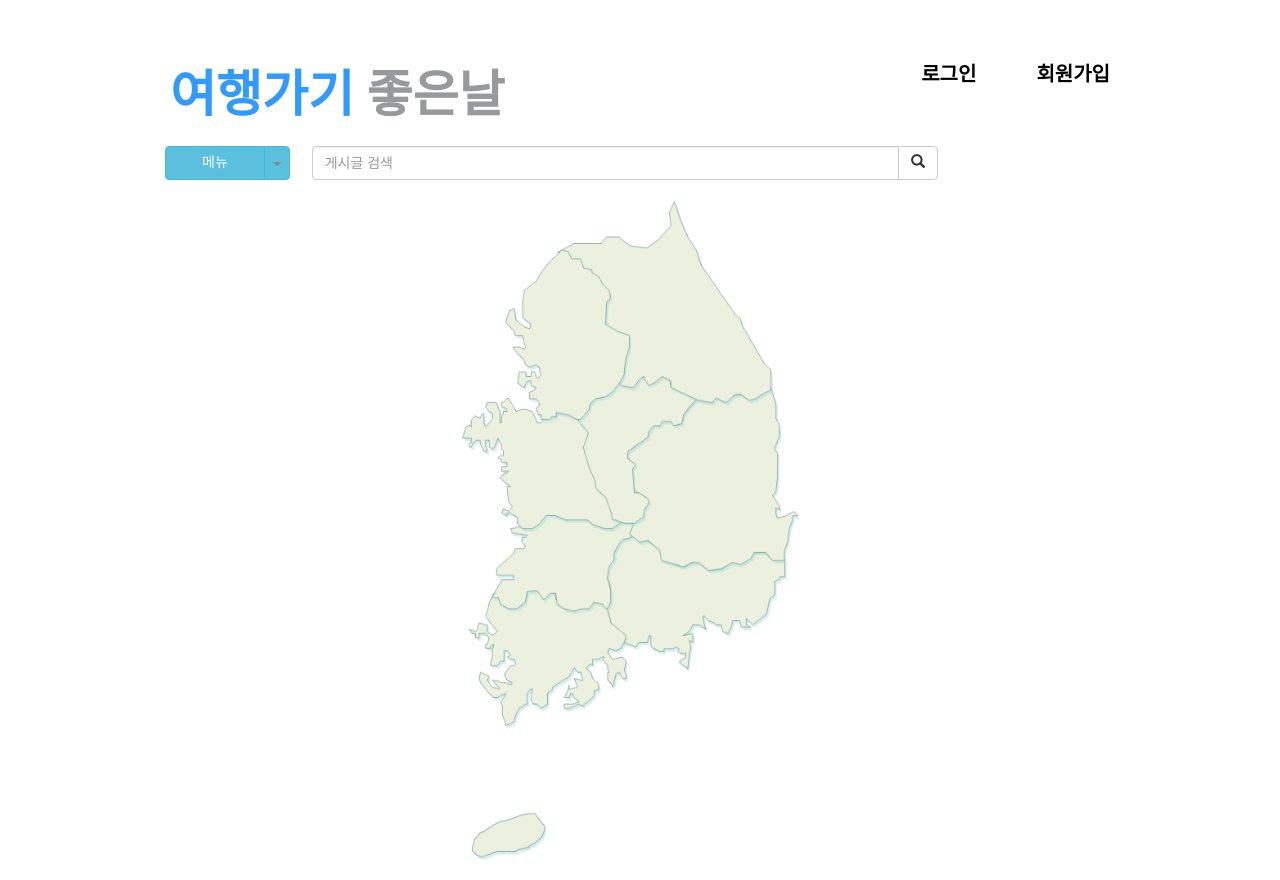
Repository: Hotmintchoco/teamProject1
Page: http://localhost/tripProject/mypage.jsp
These files come from the project's save history. The page is drawn as it stood at one moment and after a run of saves; the edit follows.
The browser window is 1280 px wide. The pictures show the whole page.
Some web fonts or font styles are not loaded; a fallback is used. The page is served by Tomcat 9. Nobody is signed in. The application's start-up code is not run. Other server files are loaded and not shown.

Above is the page before, as saved 2022-07-02 11:51:16.

### tripProject/src/main/webapp/mypage.jsp
<%@ page language="java" contentType="text/html; charset=UTF-8"
    pageEncoding="UTF-8"%>
<!DOCTYPE html>
<html>
<head>
<meta charset="UTF-8">
    <meta name="viewport" content="width=device-width, initial-scale=1.0">
    <title>여행가기 좋은날</title>
    <link rel="preconnect" href="https://fonts.googleapis.com">
	<link rel="preconnect" href="https://fonts.gstatic.com" crossorigin>
	<link href="https://fonts.googleapis.com/css2?family=Gugi&display=swap" rel="stylesheet">
    <link rel="stylesheet" href="fontawesome/css/all.min.css"> <!-- https://fontawesome.com/ -->
    <link rel="stylesheet" href="css/magnific-popup.css">
    <link rel="stylesheet" href="css/templatemo-ocean-vibes.css">
    <link rel="stylesheet" href="https://maxcdn.bootstrapcdn.com/bootstrap/3.4.1/css/bootstrap.min.css">
    <script src="https://ajax.googleapis.com/ajax/libs/jquery/3.6.0/jquery.min.js"></script>
  	<script src="https://maxcdn.bootstrapcdn.com/bootstrap/3.4.1/js/bootstrap.min.js"></script>

    <style>
    	* {font-family: 'Gugi', cursive}
        ul,ol.li {list-style: none; margin: 0; padding: 0;}
        nav {width: 1000px; height: 50px; margin:0 auto;}
	    nav > ul > li > a {float: right; color: black; font-size: 20px;
            text-decoration: none; margin: 0px 30px 0 30px;
            font-weight: bold;}
        #slider {width: 1000px; height: 700px; margin: 0 auto;}
        #slider > img {margin-left: 250px;}
        .tm-mt-0 {float: left; font-size: 50px;}
        #menubar {width: 1000px; margin: 0 auto;}
    </style>
</head>
<body>
    <header class="tm-site-header">
        <div>
            <nav>
                <ul>
                    <li><a href="#">회원가입</a></li>
                    <li><a href="#">로그인</a></li>
                    <li><a href="mypage.jsp" class="tm-mt-0 tm-mb-15"><span class="tm-color-primary">여행가기</span> <span class="tm-color-gray-2">좋은날</span></a></li>
                </ul>
            </nav>
        </div>
    </header>
    <div id="menubar">
		<table style="width: 100%;">
			<tbody>
				<tr style="width: 100%;">
					<td style="width: 17%;">
						<div class="btn-group" style="margin-left: 25px;">
							<button type="button" class="btn btn-info" style="width:100px;">메뉴</button>
							<button type="button" class="btn btn-info dropdown-toggle"
								data-toggle="dropdown">
								<span class="caret"></span>
							</button>
							<ul class="dropdown-menu" role="menu">
								<li><a href="#">코스</a></li>
								<li><a href="#">축제</a></li>
								<li><a href="#">이벤트</a></li>
							</ul>
						</div>
					</td>
					<td style="width: 62%;">
					<form action="memberForm.jsp">
						<div class="input-group">
							<input type="text" class="form-control" name="search"
								placeholder="게시글 검색">
							<div class="input-group-btn">
								<button class="btn btn-default" type="submit">
									<i class="glyphicon glyphicon-search"></i>
								</button>
							</div>
						</div>
					</form>
					</td>
					<td style="width: 20%;"></td>
				</tr>
			</tbody>
		</table>
    </div>

	<div id="slider">
        <img src="img/koreaMap2.png" alt="Map" width="450px" height="700px">
    </div>

    <script src="js/jquery-3.4.1.min.js"></script>
    <script src="js/imagesloaded.pkgd.min.js"></script>
    <script src="js/isotope.pkgd.min.js"></script>
    <script src="js/jquery.magnific-popup.min.js"></script>
    <script src="js/templatemo-script.js"></script>
</body>
</html>

### tripProject/src/main/webapp/css/templatemo-ocean-vibes.css
/*

TemplateMo 554 Ocean Vibes

https://templatemo.com/tm-554-ocean-vibes

*/

html { overflow-x: hidden; }

body {
    font-family: 'Source Sans Pro', sans-serif;
    font-size: 19px;
    line-height: 1.8em;
    overflow-x: hidden;
}

p, span, em, a, address { color: #848586; }
h2, p {
    margin-top: 0;
}

a:hover, a.active { color: #309AFD; }

.tm-btn {
    padding: 10px 40px;
    color: white;
    background-color: #3299CD;
    display: inline-block;
    border: none;
    cursor: pointer;
    font-size: 1.2rem;
    transition: all 0.3s ease;
}

button.tm-btn {
    padding: 15px 40px;
}

.tm-btn:hover {
    color: white;
    background-color: #49b4e9;
}

h1 { font-size: 3rem; }
em { display: block; }
div { box-sizing: border-box;}
.tm-mt-35 { margin-top: 35px; }
.tm-mb-0 { margin-bottom: 0; }
.tm-mb-15 { margin-bottom: 15px; }
.tm-mb-30 { margin-bottom: 30px; }
.tm-mb-40 { margin-bottom: 40px; }
.tm-mb-50 { margin-bottom: 50px; }
.tm-mb-80 { margin-bottom: 80px; }
.tm-text-center { text-align: center; }
.tm-text-right { text-align: right; }
.tm-color-primary { color: #309AFD; }
.tm-color-gray { color: #666768; }
.tm-color-gray-2 { color: #98999A; }
.tm-color-light-gray { color: #9E9FA0; }
.tm-bg-white { background-color: #FFF; }
.tm-bg-gray { background-color: #F1F2F3; }
blockquote { margin: 0 0 30px 10px; }
img { max-width: 100%; }
.tm-page-title { font-size: 30px; }

body, ul {
    margin: 0;
    padding: 0;
}

a {
    text-decoration: none;
    transition: all 0.3s ease;
}

.tm-mt-0 { margin-top: 0; }

.tm-site-header {
    padding: 60px 70px 30px;
}

.tm-tagline {
    font-size: 1.5rem;
    margin-left: 130px;
}

#tm-video-container {
    max-height: 400px;
    overflow: hidden;
    background-color: #333;
    margin-bottom: 90px;
    position: relative;
}

#tm-video {
    width: 100%;
    height: auto;
}

#tm-video-control-button {
    position: absolute;
    bottom: 20px;
    right: 20px;
    z-index: 1000;
    color: #e1e1e1;
}

.tm-nav-item {
    list-style: none;
    margin: 22px;
}

.tm-nav-link {
    display: flex;
    align-items: center;
    flex-direction: column;
    width: 200px;
    height: 200px;
    padding: 30px;
    border: 1px solid #D2D3D4;
    color: #999;
    box-sizing: border-box;
}

.tm-nav-link:hover,
.tm-nav-link.active {
    color: #309AFD;
}

.tm-nav-link i {
    margin-top: 30px;
    color: #309AFD;
}

.tm-main-nav ul {
    display: flex;
    flex-wrap: wrap;
    margin-left: auto;
    margin-right: auto;
}

.tm-container {
    max-width: 1254px;
    padding-left: 15px;
    padding-right: 15px;
    margin: 0 auto 135px;
}

.tm-footer {
    display: flex;
    justify-content: space-between;
    padding: 25px;
    font-size: 0.9em;
}

.tm-close-popup {
    text-align: right;
    display: block;
}

.tm-close-popup i {
    margin-left: 10px;
    margin-right: 10px;
}

.tm-row {
    display: flex;
}

.tm-col-6 {
    flex: 0 0 50%;
}

.tm-intro-pad {
    padding: 40px 55px 50px;
}

.tm-intro-col-l {
    margin-right: 40px;
}

/* text-based popup styling */
.popup {
    position: relative;
    padding: 12px 10px 35px;
    width:auto;
    max-width: 1200px;
    margin: 0 auto;
}

/*

====== Move-from-top effect ======

*/
.mfp-move-from-top .mfp-with-anim {
    opacity: 0;
    transition: all 0.2s;
    transform: translateY(-100px);
}
.mfp-move-from-top.mfp-bg {
    opacity: 0;
    transition: all 0.2s;
}
.mfp-move-from-top.mfp-ready .mfp-with-anim {
    opacity: 1;
    transform: translateY(0);
}
.mfp-move-from-top.mfp-ready.mfp-bg {
    opacity: 0.8;
}
.mfp-move-from-top.mfp-removing .mfp-with-anim {
    transform: translateY(-50px);
    opacity: 0;
}
.mfp-move-from-top.mfp-removing.mfp-bg {
    opacity: 0;
}

button.mfp-arrow {
    display: none;
}

/* Intro */
.tm-intro-img {
    max-width: 300px;
    max-height: 600px;
}

/* Gallery */
.tm-gallery {
    flex: 0 0 68%;
    margin: 0 20px;
}

.tm-gallery-container {
    position: relative;
    max-width: 800px;
    margin: 0 -10px;
	list-style: none;
    text-align: center;
}

.tm-paging {
    overflow: auto;
    margin-top: 25px;
}

.tm-paging li {
    list-style: none;
}

.tm-paging-link {
    display: flex;
    float: left;
    width: 40px;
    height: 40px;
    align-items: center;
    justify-content: center;
    background: white;
    color: #999;
    margin-right: 15px;
    margin-bottom: 15px;
}

a.tm-paging-link.active,
a.tm-paging-link:hover {
    background: #309AFD;
    color: white;
}

.tm-gallery-right {
    flex: 0 0 26%;
    margin-left: 15px;
}

.tm-gallery-links {
    margin-left: 35px;
    margin-bottom: 55px;
}

.tm-gallery-links li {
    list-style: none;
    margin-bottom: 20px;
}

.tm-gallery-link-icon {
    display: inline-block;
    width: 30px;
}

.tm-gallery-item {
    overflow: hidden;
    margin: 15px 10px;
    min-width: 180px;
    max-width: 180px;
    max-height: 240px;
    width: 25%;
    background: #3085a3;
    text-align: center;
    cursor: pointer;
}

.tm-gallery-container figure img {
    position: relative;
    display: block;
    min-height: 100%;
    max-width: 100%;
    opacity: 0.9;
}

.tm-gallery-container figure figcaption {
	padding: 2em;
	color: #fff;
	text-transform: uppercase;
	font-size: 1.25em;
	-webkit-backface-visibility: hidden;
	backface-visibility: hidden;
}

.tm-gallery-container figure figcaption::before,
.tm-gallery-container figure figcaption::after {
	pointer-events: none;
}

.tm-gallery-container figure figcaption,
.tm-gallery-container figure figcaption > a {
	position: absolute;
	top: 0;
	left: 0;
	width: 100%;
	height: 100%;
}

/* Anchor will cover the whole item by default */
/* For some effects it will show as a button */
.tm-gallery-container figure h2 {
	word-spacing: -0.15em;
	font-weight: 300;
}

.tm-gallery-container figure h2 span {
	font-weight: 800;
}

.tm-gallery-container figure h2,
.tm-gallery-container figure p {
	margin: 0;
}

.tm-gallery-container figure p {
	letter-spacing: 1px;
	font-size: 68.5%;
}

/*---------------*/
/***** Chico *****/
/*---------------*/

figure.effect-chico img {
	-webkit-transition: opacity 0.35s, -webkit-transform 0.35s;
	transition: opacity 0.35s, transform 0.35s;
	-webkit-transform: scale(1.12);
	transform: scale(1.12);
}

figure.effect-chico:hover img {
	opacity: 0.5;
	-webkit-transform: scale(1);
	transform: scale(1);
}

figure.effect-chico figcaption {
    padding: 1em;
    box-sizing: border-box;
    display: flex;
    align-items: center;
}

figure.effect-chico figcaption::before {
	position: absolute;
	top: 15px;
	right: 15px;
	bottom: 15px;
	left: 15px;
	border: 1px solid #fff;
	content: '';
	-webkit-transform: scale(1.1);
	transform: scale(1.1);
}

figure.effect-chico figcaption::before,
figure.effect-chico p {
	opacity: 0;
	-webkit-transition: opacity 0.35s, -webkit-transform 0.35s;
	transition: opacity 0.35s, transform 0.35s;
}

figure.effect-chico h2 {
	padding: 20% 0 20px 0;
}

figure.effect-chico p {
    color: white;
	margin: 0 auto;
	max-width: 200px;
	-webkit-transform: scale(1.5);
	transform: scale(1.5);
}

figure.effect-chico:hover figcaption::before,
figure.effect-chico:hover p {
	opacity: 1;
	-webkit-transform: scale(1);
	transform: scale(1);
}

/* Testimonials */
.tm-testimonials-inner {
    padding: 0 20px 30px;
}

.tm-testimonial-col {
    flex: 0 0 33.3334%;
    padding-left: 20px;
    padding-right: 20px;
}

/* About */
.mapouter{
    position:relative;
    height:250px;
    width:100%;
}

.gmap_canvas {
    overflow:hidden;
    background:none!important;
    height:250px;
    width:100%;
}
.tm-contact-row {
    max-width: 1045px;
}
.tm-about-col {
    margin-left: 40px;
    margin-right: 40px;
    max-width: 500px;
}

/* Contact */
#contact {
    padding-bottom: 65px;
}
.tm-contact-col {
    flex: 0 0 50%;
    padding-left: 40px;
}

.tm-contact-col-r {
    padding-left: 0;
    padding-right: 30px;
}

.tm-contact-form {
    max-width: 350px;
    margin-left: 40px;
    margin-right: 40px;
}

.form-control {
    font-family: 'Source Sans Pro', sans-serif;
    font-size: 1.2rem;
    border: 1px solid #D5D6D7;
    box-sizing: border-box;
    padding: 15px;
    width: 100%;
}

.form-group {
    margin-bottom: 25px;
}

select:not([multiple]) {
    -webkit-appearance: none;
    -moz-appearance: none;
    background-position: right 15px center;
    background-repeat: no-repeat;
    background-image: url(../img/select-arrow.png);
    padding: 14px 20px;
    padding-right: 20px;
    color: #666;
}

.tm-contact-links li {
    list-style: none;
    margin-bottom: 10px;
}

.tm-contact-link-icon {
    margin-right: 15px;
}

address {
    font-style: normal;
}

@media (max-width: 850px) {
    .tm-contact-row {
        flex-direction: column;
    }

    .tm-contact-col {
        flex: 0 0 100%;
        max-width: 100%;
        padding-left: 30px;
        padding-right: 30px;
    }

    .tm-contact-form {
        max-width: 100%;
        margin-left: 0;
        margin-right: 0;
        margin-bottom: 50px;
    }
}

@media (max-width: 700px) {
    .tm-about-row {
        flex-direction: column;
    }
    .tm-about-col {
        flex: 0 0 100%;
    }
}

@media (max-width: 1264px) {
    .tm-main-nav ul {
        max-width: 976px;
    }
}

@media (max-width: 1020px) {
    .tm-main-nav ul {
        max-width: 732px;
    }
}

@media (max-width: 776px) {
    .tm-main-nav ul {
        max-width: 488px;
    }
}

@media (max-width: 532px) {
    .tm-main-nav ul {
        max-width: 244px;
    }
}

@media (max-width: 992px) {
    .tm-testimonial-row {
        flex-wrap: wrap;
    }
    .tm-testimonial-col {
        flex: 100%;
        margin-bottom: 50px;
    }

    .tm-testimonial-col:last-child {
        margin-bottom: 0;
    }

    .tm-testimonial-col-2 {
        flex: 50%;
    }
}

@media (max-width: 635px) {
    .tm-testimonial-col-2 {
        flex: 100%;
    }
}

@media (max-width: 902px) {
    .tm-gallery {
        flex: 0 0 50%;
    }
    .tm-gallery-right {
        flex: 0 0 38%;
    }
}

@media (max-width: 805px) {
    .tm-gallery-row {
        flex-direction: column-reverse;
    }
    .tm-gallery {
        flex: 0 0 100%;
    }
    .tm-gallery-right {
        flex: 0 0 100%;
        margin-left: 20px;
        margin-right: 20px;
    }

    .tm-gallery-right-inner {
        display: flex;
        flex-direction: column-reverse;
    }

    .tm-gallery-links {
        display: flex;
        flex-wrap: wrap;
        margin-top: 20px;
        margin-bottom: 0;
        margin-left: 0;
    }

    .tm-gallery-links li {
        margin-right: 20px;
    }
}

@media (max-width: 850px) {
    .tm-content-row {
        flex-direction: column;
    }

    .tm-intro-col-l {
        margin-right: 0;
    }
}

@media (max-width: 650px) {
    .tm-intro-row {
        flex-direction: column;
    }

    .tm-intro-img {
        max-width: 100%;
        max-height: none;
    }
}

@media (max-width: 540px) {
    .tm-footer {
        flex-direction: column;
        align-items: center;
    }
}

@media (max-width: 558px) {
    .tm-site-header {
        padding-left: 30px;
        padding-right: 30px;
    }

    .tm-tagline {
        margin-left: 30px;
    }
}

Loaded but not shown: tripProject/src/main/webapp/fontawesome/css/all.min.css (library); tripProject/src/main/webapp/css/magnific-popup.css (library); tripProject/src/main/webapp/js/jquery-3.4.1.min.js (library); tripProject/src/main/webapp/js/imagesloaded.pkgd.min.js (library); tripProject/src/main/webapp/js/isotope.pkgd.min.js (library); tripProject/src/main/webapp/js/jquery.magnific-popup.min.js (library); tripProject/src/main/webapp/js/templatemo-script.js (272 lines, source omitted)

After the next 2 saves:
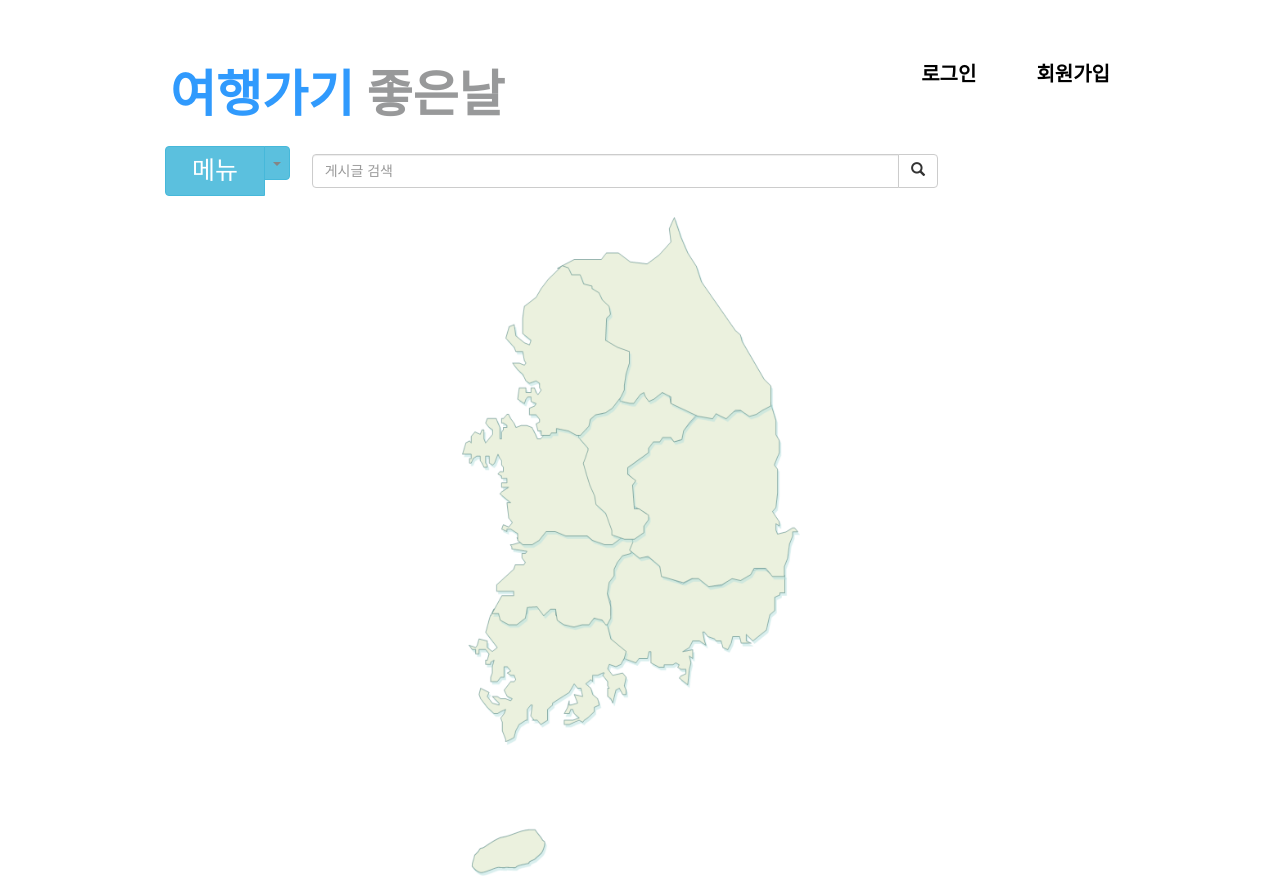
The 2 saves are shown as one change because they came seconds apart.
The last was saved 75 s later.
--- a/tripProject/src/main/webapp/mypage.jsp
+++ b/tripProject/src/main/webapp/mypage.jsp
@@ -47,7 +47,7 @@
 				<tr style="width: 100%;">
 					<td style="width: 17%;">
 						<div class="btn-group" style="margin-left: 25px;">
-							<button type="button" class="btn btn-info" style="width:100px;">메뉴</button>
+							<button type="button" class="btn btn-info" style="width:100px; font-size: 25px;">메뉴</button>
 							<button type="button" class="btn btn-info dropdown-toggle"
 								data-toggle="dropdown">
 								<span class="caret"></span>
